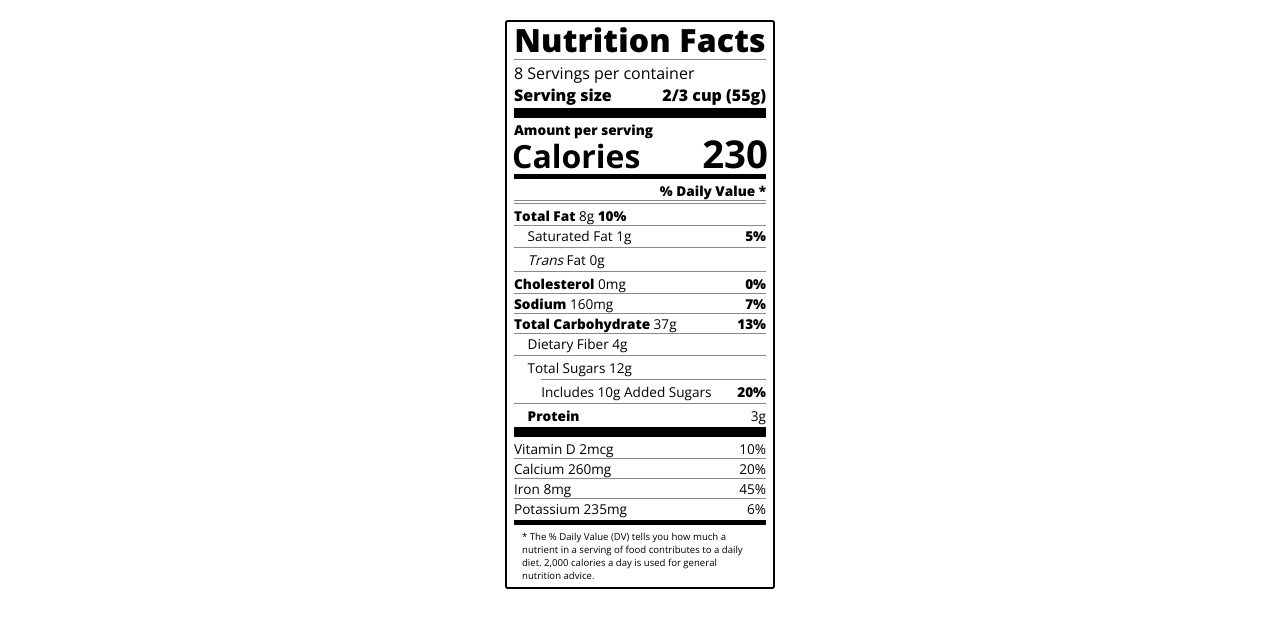
Repository: Lungdjos/typography
Page: index.html
These files come from the project's save history. The page is drawn as it stood at one moment and after a run of saves; the edit follows.
The browser window is 1280 px wide. The pictures show the whole page.

Above is the page before, as saved 2023-10-28 03:08:48.

After the next 5 saves:
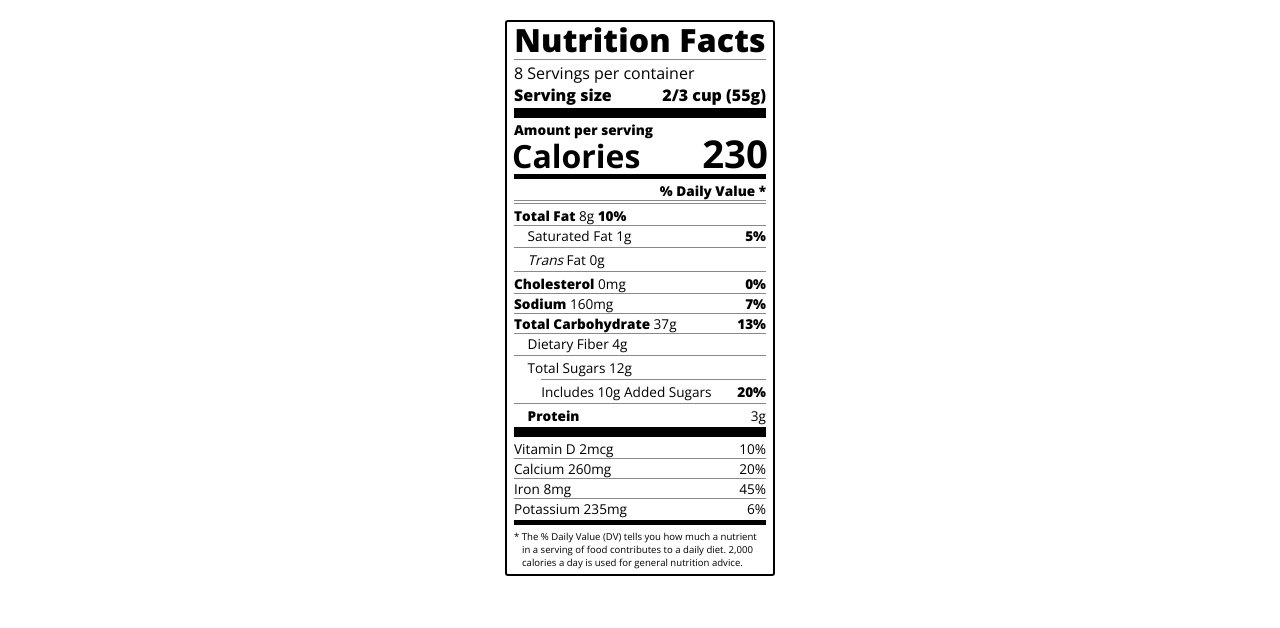
The 5 saves are shown as one change because they came seconds apart.
The last was saved 11 s later.
--- a/styles.css
+++ b/styles.css
@@ -99,4 +99,5 @@
     margin: 5px 0;
     font-size: .6rem;
     padding: 0 8px;
+    text-indent: -8px;
 }

After the save that followed:
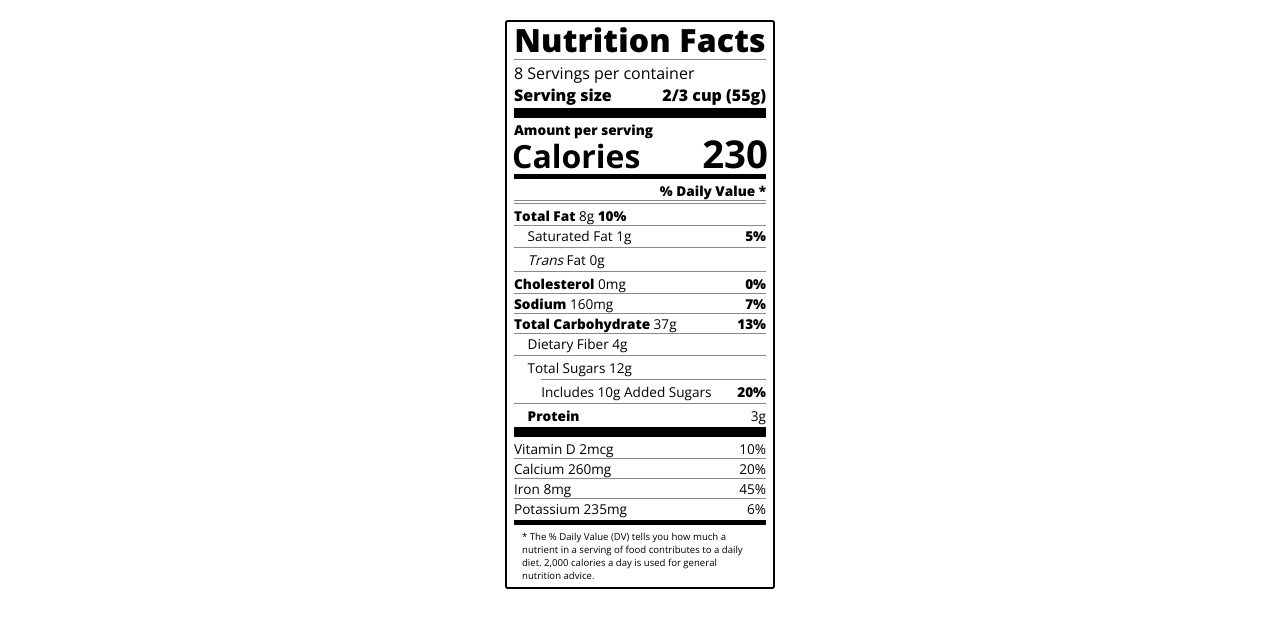
Saved 21 s later.
--- a/styles.css
+++ b/styles.css
@@ -99,5 +99,5 @@
     margin: 5px 0;
     font-size: .6rem;
     padding: 0 8px;
-    text-indent: -8px;
+    /* text-indent: -8px; */
 }
